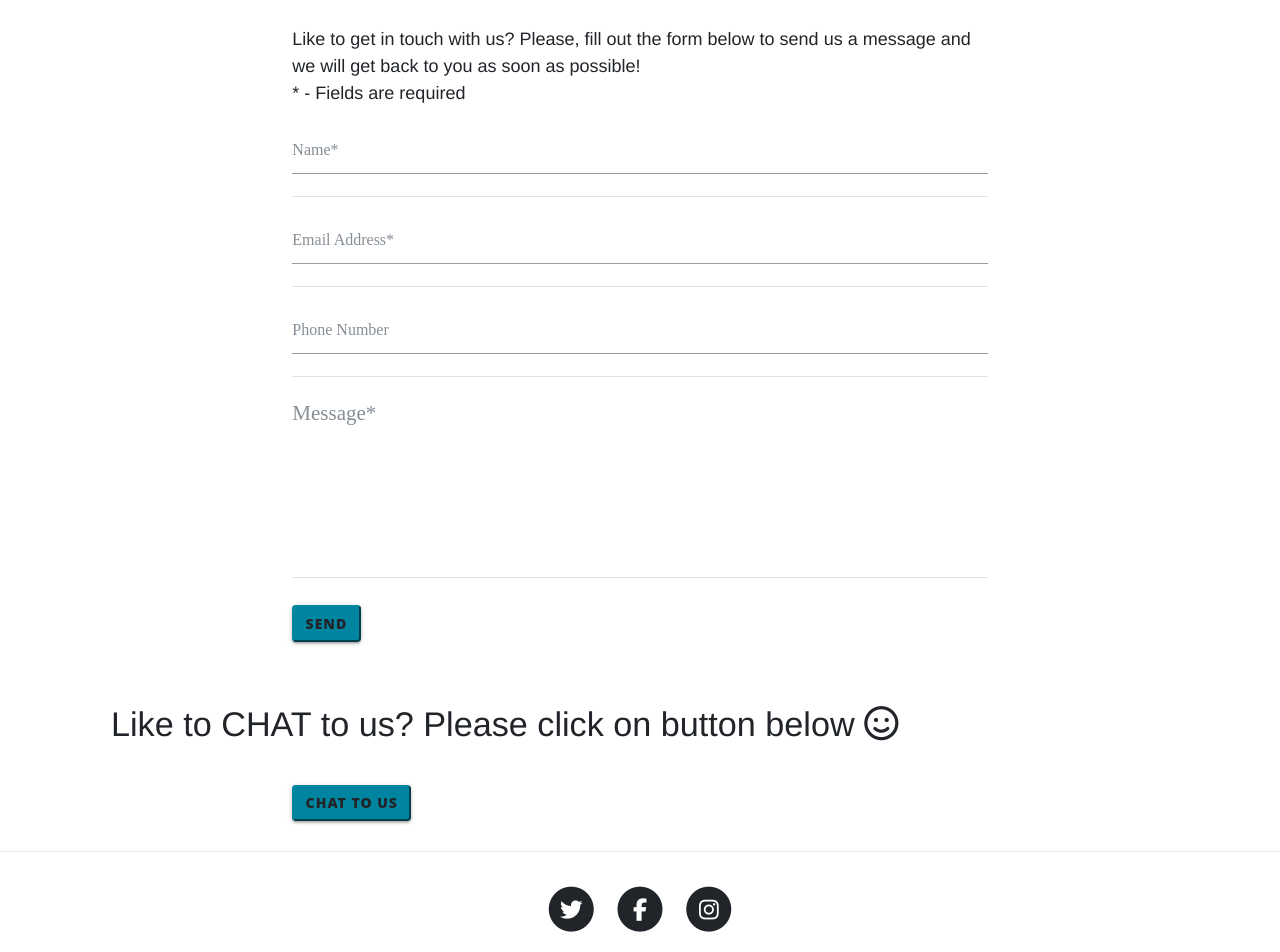
Repository: Code-Institute-Submissions/simas-recipes
Page: http://localhost/contact
The author's editor kept a record of every edit. The page is drawn from the files as they stood at one moment, then again after the next edit.
The browser window is 1280 px wide. The pictures show the part of the page from y = 651 to 1603 px (the page is 1603 px tall before and 1451 px after).
Some web fonts or font styles are not loaded; a fallback is used. Some web libraries are served in a nearby version. The page is served by the project's application, run on Flask 3 (run.py).

Above is the page before.

After the next edit:
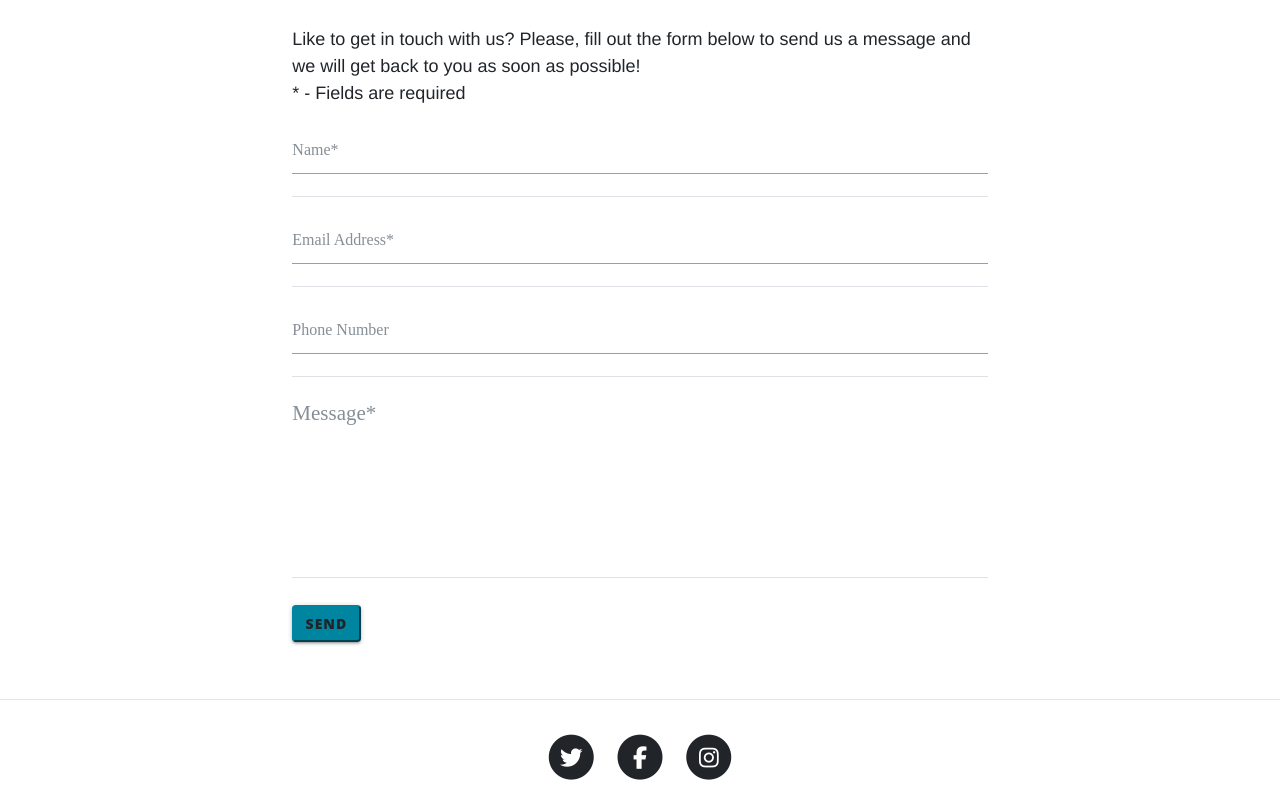
The edit:
--- a/templates/contact.html
+++ b/templates/contact.html
@@ -55,7 +55,7 @@
             <br>
         </div>
     </div>
-    <h4>Like to CHAT to us? Please click on button below <i class="far fa-smile"></i></h4>
+    <!--<h4>Like to CHAT to us? Please click on button below <i class="far fa-smile"></i></h4>
     <div class="row">
         <div class="col-lg-8 col-md-10 mx-auto">
             <br>
@@ -65,6 +65,6 @@
                 </button>
             </div>
         </div>
-    </div>
+    </div>-->
 
 {% endblock %}
